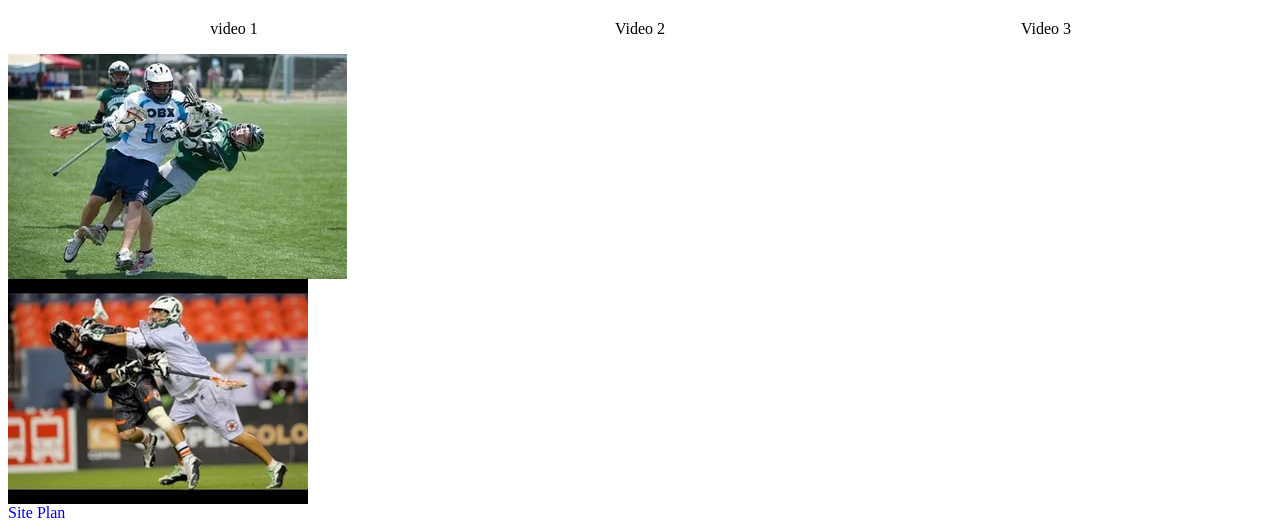
Repository: nak97/personal-site
Page: lacrosse.html
The author's editor kept a copy of each file at every save. The page is drawn from the files as they stood at one save, then again after the next save.
The browser window is 1280 px wide. The pictures show the part of the page from y = 540 to 1222 px (the page is 1070 px tall before and 1222 px after).

Above is the page before, as saved 2023-03-16 08:04:33.

### lacrosse.html
<!DOCTYPE html>
<html lang="en">
<head>
  <meta charset="UTF-8">
  <meta http-equiv="X-UA-Compatible" content="IE=edge">
  <meta name="viewport" content="width=device-width, initial-scale=1.0">
  <title>Lacrosse</title>
  <link rel="stylesheet" href="personal-site.css">
</head>
<body>
  <div class="container">

  <nav>
    <a href="site-plan.html" target="_blank">Home</a>
    <a href="football.html" target="_blank">Football</a>
    <a href="mma.html" target="_blank">MMA</a>
  </nav>

  <h3>Lacrosse</h3>
  <p>
    Lacrosse is a fun sport to play, I enjoyed it in Highschool and I will never forget the way it felt to knock someone out and have their whole team trying to take me down.
    Unfortunately it wasn't recorded but that is what inspired me to have a page that is dedicated to nothing but watching some good ole highlights from a very under-rated sport.
    One thing that I really like about lacrosse is the fact that it is an Original American sport. The Ancient Americans would play this sport to please the Great Creator, or God.
    The name lacrosse is a French name which means cross. That is the name given by French colonizers because in their eyes the sticks that were used back then looked like wooden crosses.
    Lacrosse was played for several other reasons as well, including settling disputes with other tribes or bets, as well as to condition young warriors for combat.
     When it was played it was a big event. It has been said that these games had over a thousand players, and the goal posts could range from 400 yards apart to well over two miles, it probably depended on how many players there were.
  </p>
  <section>
  <div class="Laxvideos">
    <div
    class="vid1"><iframe width="360" height="315" src="https://www.youtube-nocookie.com/embed/7RFdiprP1FA" title="YouTube video player" frameborder="0" allow="accelerometer; autoplay; clipboard-write; encrypted-media; gyroscope; picture-in-picture; web-share" allowfullscreen></iframe>
    <p>video 1</p>
    </div>

    <div class="vid2">
      <iframe width="360" height="315" src="https://www.youtube-nocookie.com/embed/xJCC4pTYXT8" title="YouTube video player" frameborder="0" allow="accelerometer; autoplay; clipboard-write; encrypted-media; gyroscope; picture-in-picture; web-share" allowfullscreen></iframe>
      <p>Video 2</p>
    </div>

    <div class="vid3">
      <iframe width="360" height="315" src="https://www.youtube-nocookie.com/embed/F7HaGgAxq8M" title="YouTube video player" frameborder="0" allow="accelerometer; autoplay; clipboard-write; encrypted-media; gyroscope; picture-in-picture; web-share" allowfullscreen></iframe>
      <p>Video 3</p>
    </div>
  </div>
</section>

  <img src="./images/lacrosse-hit-one.webp" alt="image for page3">
  <img src="./images/lacross-hit-two.webp" alt="image for page3">
</section>

    <footer><a href="site-plan.html"> Site Plan</a></footer>
  </div>
</body>
</html>

### personal-site.css
.container {
  display: grid;
}

a{
  text-decoration: none;
}
nav{
  display: flex;
  justify-content: space-evenly;
}

.Laxvideos{
  display: flex;
  justify-content: space-evenly;
  text-align: center;

}

After the next save:
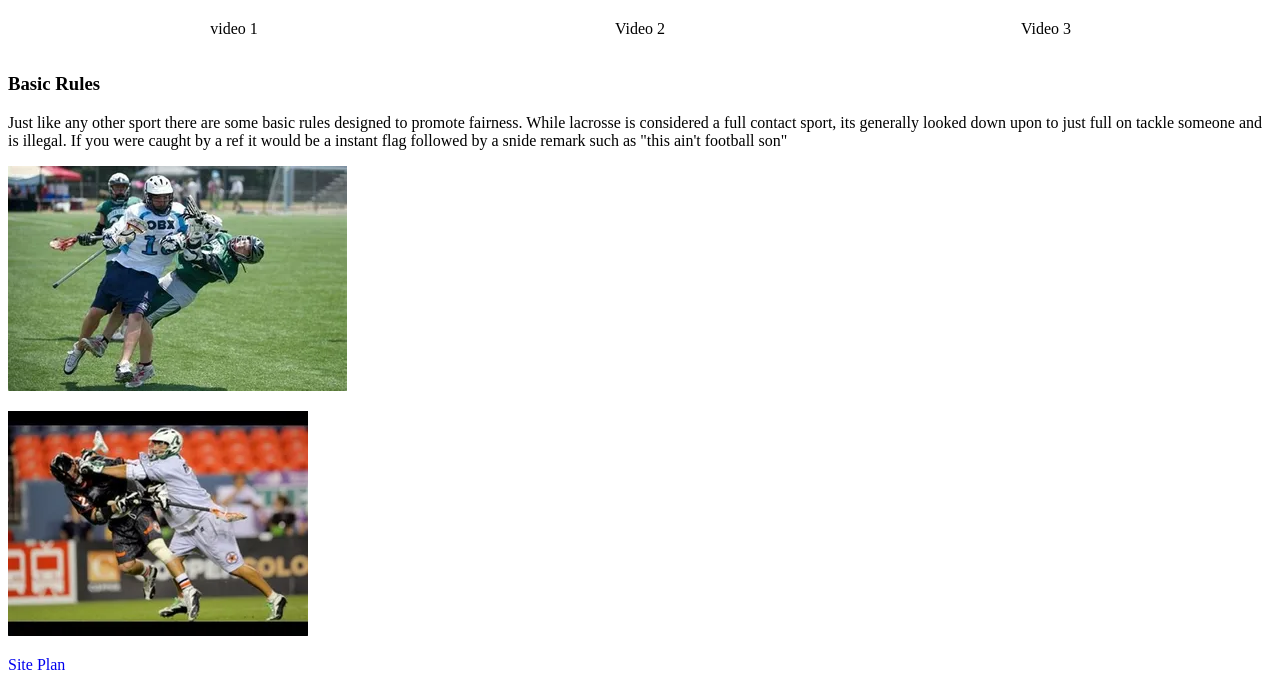
Saved 16 min 56 s later.
--- a/lacrosse.html
+++ b/lacrosse.html
@@ -44,8 +44,26 @@
   </div>
 </section>
 
-  <img src="./images/lacrosse-hit-one.webp" alt="image for page3">
+<section>
+
+  <h3> Basic Rules  </h3>
+  <p>Just like any other sport there are some basic rules designed to promote fairness. While lacrosse is considered a full contact sport, its generally looked down upon to just full on tackle someone and is illegal. If you were caught by a ref it would be a instant flag followed by a snide remark such as "this ain't football son"</p>
+<div class="images">
+
+<div class="img1">
+
+</div>
+<img src="./images/lacrosse-hit-one.webp" alt="image for page3">
+<p></p>
+
+<div class="img2">
   <img src="./images/lacross-hit-two.webp" alt="image for page3">
+<p>
+
+</p>
+</div>
+
+</div>
 </section>
 
     <footer><a href="site-plan.html"> Site Plan</a></footer>
